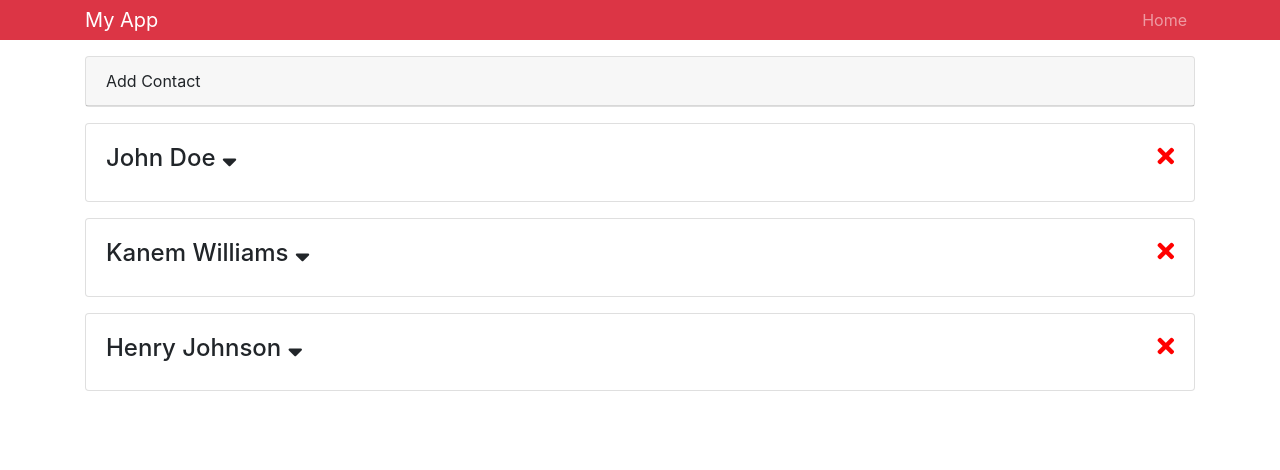
Repository: Mtbwka/contactmanager
Page: /about
An editor plug-in stored every save of this project. The page is shown before and after the next save, followed by the edit.
The browser window is 1280 px wide. The pictures show the whole page.
Some web libraries are served in a nearby version. The project was rebuilt for these pictures with package versions that can differ from the ones it lists, and the page was loaded fresh each time.

Above is the page before, as saved 2019-05-08 17:54:14.

After the next save:
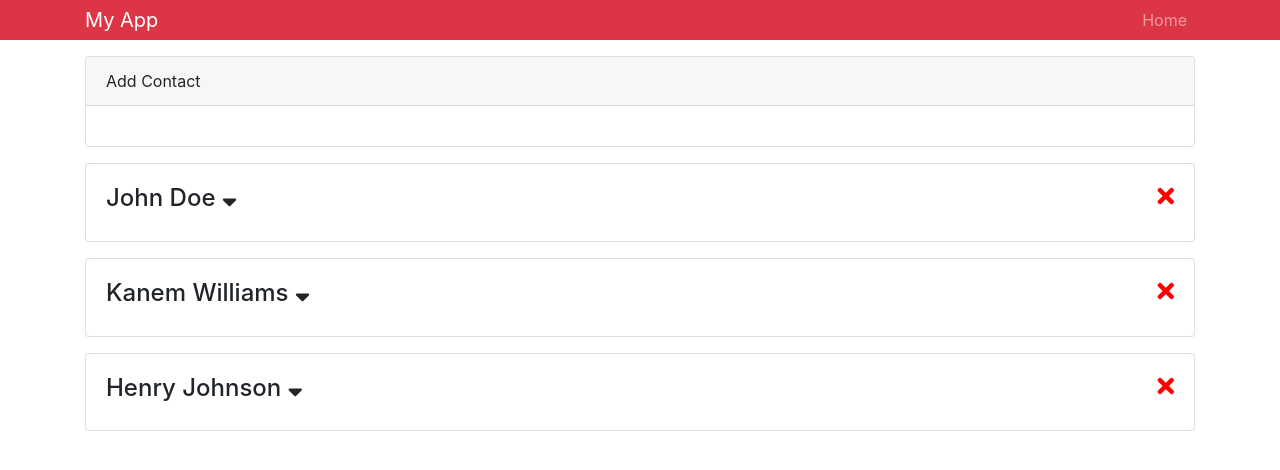
Saved 18 s later.
--- a/src/components/contacts/AddContact.js
+++ b/src/components/contacts/AddContact.js
@@ -11,6 +11,9 @@ class AddContact extends Component {
     return (
       <div className='card mb-3'>
         <div className='card-header'>Add Contact</div>
+        <div className='card-body'>
+          <form action='' />
+        </div>
       </div>
     );
   }
